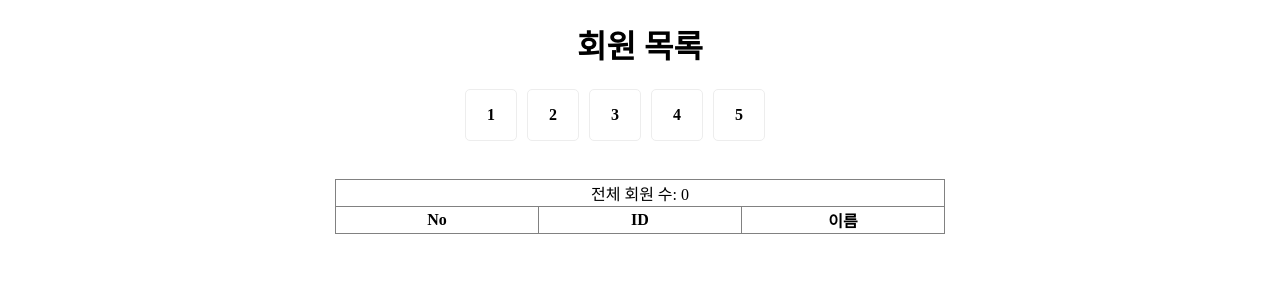
Repository: JaeYoon0935/lcom-servlet-jsp
Page: http://localhost/lcomputerstudy/user-list.do
The author's editor kept a copy of each file at every save. The page is drawn from the files as they stood at one save, then again after the next save.
The browser window is 1280 px wide. The pictures show the whole page.
The page is served by Tomcat 9. Other server files are loaded and not shown. Queries for data that is not in the repository find no rows.

Above is the page before, as saved 2020-09-20 11:36:24.

### lcomputerstudy/WebContent/user/list.jsp
<%@ page language="java" contentType="text/html; charset=UTF-8"
    pageEncoding="UTF-8"%>
<%@ taglib prefix="c" uri="http://java.sun.com/jsp/jstl/core" %>
<!DOCTYPE html>
<html>
<head>
<meta charset="UTF-8">
<title>회원목록2</title>
</head>

<style>

	ul{
		width:400px;
		height:50px;
		margin:10px auto;
	}


	li{
		list-style:none;
		width:50px;
		line-height:50px;
		border:1px solid #ededed;
		float:left;
		text-align:center;
		margin:0 5px;
		border-radius:5px;
	}

	h1{
		text-align:center;
	}

	table{
		border-collapse:collapse;
		margin:40px auto;
	}

	table tr th{
		font-weight:700;
	}
	table tr td, table tr th{
		border:1px solid #818181;
		width:200px;
		text-align:center;
	}

	a{
		text-decoration:none;
		color:#000;
		font-weight:700;
	}

</style>
<body>
<h1>회원 목록</h1>

	<div>
		<ul>
			<li><a href="user-list.do?page-1">1</a></li>
			<li><a href="user-list.do?page-1">2</a></li>
			<li><a href="user-list.do?page-1">3</a></li>
			<li><a href="user-list.do?page-1">4</a></li>
			<li><a href="user-list.do?page-1">5</a></li>
		</ul>
	</div>

<table>
		<tr>
			<td colspan="3">전체 회원 수: ${usercount}</td>
		<tr>
			<th>No</th>
			<th>ID</th>
			<th>이름</th>
		</tr>
		<c:forEach items="${list}" var="item">
		<%-- 위에서 list를 user-list로 바꿀꺼 아니면 controller.java에 setAttribute값을 list로 해줘야함 --%>
			<tr>
				<td><a href="user-detail.do?u_idx=${item.u_idx}">${item.u_idx}</a></td>
				<td>${item.u_id}</td>
				<td>${item.u_name}</td>
			</tr>
		</c:forEach>
</table>
</body>
</html>

### lcomputerstudy/src/com/lcomputerstudy/testmvc/controller/Controller.java
package com.lcomputerstudy.testmvc.controller;

import java.io.IOException;
import java.util.ArrayList;

import javax.servlet.RequestDispatcher;
import javax.servlet.ServletException;
import javax.servlet.annotation.WebServlet;
import javax.servlet.http.HttpServlet;
import javax.servlet.http.HttpServletRequest;
import javax.servlet.http.HttpServletResponse;

import com.lcomputerstudy.testmvc.service.UserService;
import com.lcomputerstudy.testmvc.vo.User;

@WebServlet("*.do")
public class Controller extends HttpServlet{
	private static final long serialVersionUID = 1L;

	protected void doGet(HttpServletRequest request, HttpServletResponse response) throws ServletException, IOException {
		doPost(request, response);
	}

	protected void doPost(HttpServletRequest request, HttpServletResponse response) throws ServletException, IOException{

	String requestURI = request.getRequestURI();
	String contextPath = request.getContextPath();
	String command = requestURI.substring(contextPath.length());
	String view = null;
	int usercount = 0;
	int page =1;

	response.setContentType("text/html; charset=utf-8");
	request.setCharacterEncoding("utf-8");

	switch(command) {
	case "/user-list.do":

			String reqPage = request.getParameter("page");
			if(reqPage != null) {
				page = Integer.parseInt(reqPage);
				page = (page-1) *3;
			}

			UserService userService = UserService.getInstance();
			ArrayList<User> list = userService.getUsers(page);
			usercount = userService.getUsersCount();
			view = "user/list";
			request.setAttribute("list", list);
			request.setAttribute("usercount", usercount);
			//블로그에는 key값이 user-list라고 되어있으나 , list.jsp에서 ${list}로 받으므로
			//key값을 list로 해줘야함.
			break;

	case "/user-insert.do":
		view = "user/insert";
		break;
	case "/user-insert-process.do":
		User user = new User();
		user.setU_id(request.getParameter("id"));
		user.setU_pw(request.getParameter("password"));
		user.setU_name(request.getParameter("name"));
		user.setU_tel(request.getParameter("tel1" + "-" + request.getParameter("tel2")));
		user.setU_age(request.getParameter("age"));

		userService = UserService.getInstance();
		userService.insertUser(user);

		view = "user/insert-result";
		break;

	}

	RequestDispatcher rd = request.getRequestDispatcher(view+".jsp");
	rd.forward(request, response);
	}



}

### lcomputerstudy/src/com/lcomputerstudy/testmvc/service/UserService.java
package com.lcomputerstudy.testmvc.service;

import java.util.ArrayList;

import com.lcomputerstudy.testmvc.dao.UserDAO;
import com.lcomputerstudy.testmvc.vo.User;

public class UserService {

	private static UserService service = null;
	private static UserDAO dao = null;

	private UserService() {

	}

	public static UserService getInstance() {
		if(service == null) {
			service = new UserService();
			dao = UserDAO.getInstance();
		}
		return service;
	}

	public ArrayList<User> getUsers(int page) {
		return dao.getUsers(page);
	}

	public void insertUser(User user) {
		dao.insertUser(user);
	}

	public int getUsersCount() {
		return dao.getUsersCount();
	}


}

### lcomputerstudy/src/com/lcomputerstudy/testmvc/dao/UserDAO.java
package com.lcomputerstudy.testmvc.dao;

import java.sql.Connection;
import java.sql.PreparedStatement;
import java.sql.ResultSet;
import java.sql.SQLException;
import java.util.ArrayList;

import com.lcomputerstudy.testmvc.database.DBConnection;
import com.lcomputerstudy.testmvc.vo.User;


public class UserDAO {

	private static UserDAO dao = null;

	private UserDAO() {

	}

	public static UserDAO getInstance() {
		if(dao == null) {
			dao = new UserDAO();
		}
		return dao;
	}

	public ArrayList<User> getUsers(int page){
		Connection conn = null;
		PreparedStatement pstmt = null;
		ResultSet rs = null;
		ArrayList<User> list = null;

		try {
			conn = DBConnection.getConnection();
			String query = "select * from user limit ?,3";
			pstmt = conn.prepareStatement(query);
			pstmt.setInt(1, page);
			rs = pstmt.executeQuery();
			list = new ArrayList<User>();


			while(rs.next()) {
				User user = new User();
				user.setU_idx(rs.getInt("u_idx"));
				user.setU_id(rs.getString("u_id"));
				user.setU_name(rs.getString("u_name"));
				user.setU_tel(rs.getString("u_tel"));
				user.setU_age(rs.getString("u_age"));
				list.add(user);
			}


		} catch (Exception e) {

		} finally {
			try {
			if(rs != null)	rs.close();
			if(pstmt != null)	pstmt.close();
			if(conn != null)	conn.close();
			} catch(SQLException e) {
				e.printStackTrace();
			}
		}

		return list;
	}

	public void insertUser(User user) {
		Connection conn = null;
		PreparedStatement pstmt = null;

		try {
			conn = DBConnection.getConnection();
			String sql = "insert into user(u_id, u_pw, u_name, u_tel, u_age) values(?,?,?,?,?)";
			pstmt = conn.prepareStatement(sql);
			pstmt.setString(1, user.getU_id());
			pstmt.setString(2, user.getU_pw());
			pstmt.setString(3, user.getU_name());
			pstmt.setString(4, user.getU_tel());
			pstmt.setString(5, user.getU_age());
			pstmt.executeUpdate();
		} catch(Exception ex) {
			System.out.println("SQLException : "+ex.getMessage());
		} finally {
			try {
				if(pstmt != null) pstmt.close();
				if(conn != null) conn.close();
			} catch(SQLException e) {
			e.printStackTrace();
		    }
	    }
    }

	public int getUsersCount() {
		Connection conn = null;
		PreparedStatement pstmt = null;
		ResultSet rs = null;
		int count = 0;
		try {
			conn =DBConnection.getConnection();
			String query = "SELECT COUNT(*) count FROM user";
			pstmt = conn.prepareStatement(query);
			rs = pstmt.executeQuery();

			while(rs.next()) {
				count = rs.getInt("count");
			}


		}catch(Exception e) {

		} finally {
			try {
				if(rs != null) rs.close();
				if(pstmt != null) pstmt.close();
				if(conn != null) conn.close();
			} catch(SQLException e) {
				e.printStackTrace();
			}
		}
		return count;
	}
}

### lcomputerstudy/src/com/lcomputerstudy/testmvc/database/DBConnection.java
package com.lcomputerstudy.testmvc.database;

import java.sql.*;

public class DBConnection {

	public static Connection getConnection() throws SQLException, ClassNotFoundException{
		Connection conn = null;

		String url = "jdbc:mysql://localhost:3306/yyy";
		String id = "root";
		String pw = "1234";


		Class.forName("org.mariadb.jdbc.Driver");
		conn = DriverManager.getConnection(url, id, pw);

		return conn;
	}
}

After the next save:
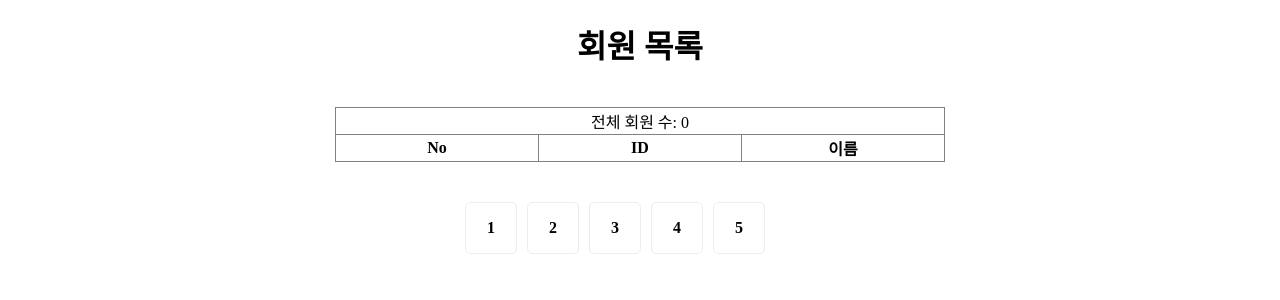
Saved 50 s later.
--- a/lcomputerstudy/WebContent/user/list.jsp
+++ b/lcomputerstudy/WebContent/user/list.jsp
@@ -56,16 +56,6 @@
 <body>
 <h1>회원 목록</h1>
 
-	<div>
-		<ul>
-			<li><a href="user-list.do?page-1">1</a></li>
-			<li><a href="user-list.do?page-1">2</a></li>
-			<li><a href="user-list.do?page-1">3</a></li>
-			<li><a href="user-list.do?page-1">4</a></li>
-			<li><a href="user-list.do?page-1">5</a></li>
-		</ul>
-	</div>
-
 <table>
 		<tr>
 			<td colspan="3">전체 회원 수: ${usercount}</td>
@@ -83,5 +73,15 @@
 			</tr>
 		</c:forEach>
 </table>
+
+	<div>
+		<ul>
+			<li><a href="user-list.do?page-1">1</a></li>
+			<li><a href="user-list.do?page-1">2</a></li>
+			<li><a href="user-list.do?page-1">3</a></li>
+			<li><a href="user-list.do?page-1">4</a></li>
+			<li><a href="user-list.do?page-1">5</a></li>
+		</ul>
+	</div>
 </body>
 </html>
